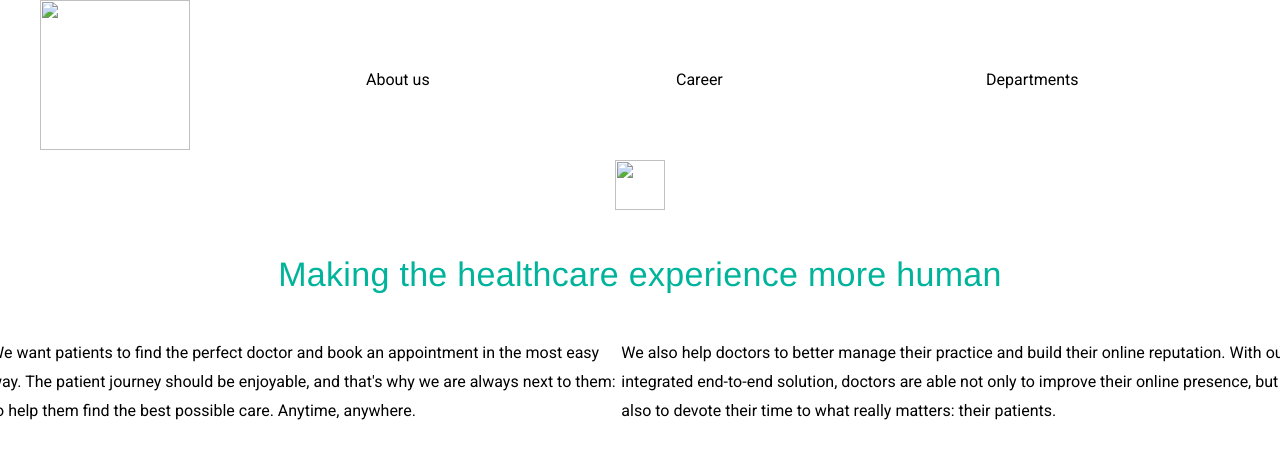
Repository: Hassanine-jaouadi/docplanner
Page: doc-panner.html
The author's editor kept a copy of each file at every save. The page is drawn from the files as they stood at one save, then again after the next save.
The browser window is 1280 px wide. The pictures show the whole page.
Some web libraries are served in a nearby version.

Above is the page before, as saved 2020-01-17 10:07:50.

### doc-panner.html
<!DOCTYPE html>
<html lang="en">
<!--  the head -->

<head>
    <title> Docplanner Group </title>
    <meta charset="UTF-8">
    <meta name="viewport" content="width=device-width, initial-scale=1.0">
    <link rel="stylesheet" href="style.css">
    <link rel="icon" href="file:///Users/hjaouadi/Documents/Wistia/Doc-planner/it.docplanner-w130.png" type="image/gif"
        sizes="16x16">

    <script src="https://kit.fontawesome.com/7e294a499a.js" crossorigin="anonymous"></script>
    <link href="https://fonts.googleapis.com/css?family=Roboto&display=swap" rel="stylesheet">

</head>

<!--  the body -->

<body>
    <nav class=" flex-container">
        <ul class="flex-container">
            <li> <img src="file:///Users/hjaouadi/Documents/Wistia/Doc-planner/logo-default-group-en.svg"
                    class="docplanner-nav-logo" width="150" height="150" /></li>
            <li> <a href="https://www.docplanner.com/about-us" class="flex-item"> About us</a> </li>
            <li> <a href="https://www.docplanner.com/career" class="flex-item">Career</a> </li>
            <li> <a href="https://www.docplanner.com/departments" class="flex-item">Departments</a> </li>
        </ul>
    </nav>

    <div class="logo-under-nav"><img src="file:///Users/hjaouadi/Documents/Wistia/Doc-planner/it.docplanner-w130.png"
            width="50" height="50" />
    </div>

    <h1 class="main-h1"> Making the healthcare experience more human </h1>

    <!--  first two paragraphs -->
    <div class="first-two-paragraphs">
        <p class="paragraph-1">
            We want patients to find the perfect doctor and book an appointment in the most easy way. The patient
            journey should be enjoyable, and that's why we are always next to them: to help them find the best possible
            care. Anytime, anywhere.
        </p>

        <p class="paragraph-1">
            We also help doctors to better manage their practice and build their online reputation. With our integrated
            end-to-end solution, doctors are able not only to improve their online presence, but also to devote their
            time to what really matters: their patients.
        </p>

    </div>
</body>

</html>

### style.css
html,body
{
    width: 100%;
    height: 100%;
    margin: 0px;
    padding: 0px;
    overflow-x: hidden;
}

* {
    box-sizing: border-box;
    margin: 0;
    font-family: 'Roboto', sans-serif;
    background-color: ffff;
    line-height: 1.8 ;

}

/* nav bar flex container */
.flex-container{
    display: flex;
    justify-content: space-between;
    align-items: center;
    justify-content: end;
    justify-content: right;
    width: 100%;
}

.flex-item {
    flex: 1;
    justify-content: flex-end;
   justify-items: flex-end;
}


.flex-container  a {
    color: black;
    padding: 12px 16px;
    text-decoration: none ;
    display: block;

  }

  li {
      list-style: none;
      flex: 3;
 }

  .flex-container > :nth-child(1) {
    display: ri;
  }

 /* image under nav */

 .logo-under-nav {
     display: flex;
     justify-content: center;
 }

 div.logo-under-nav{
     width:100%;
 }

 /* the main h1 */
 h1  {
    display: flex;
    align-items: center;
    justify-content: center;
    margin: 1em 0;
    font-family: Helvetica Neue,Helvetica,Arial,sans-serif;
    font-weight: 300;
    letter-spacing: .3px;
    font-size: 2.125rem;
    color: #00b39b;
 }

 /* first two paragraphs  */
.first-two-paragraphs{
    display: flex;
    margin-top: 0px;
    margin-right: -10px;
    margin-bottom: 0px;
    margin-left: -10px;
}

After the next save:
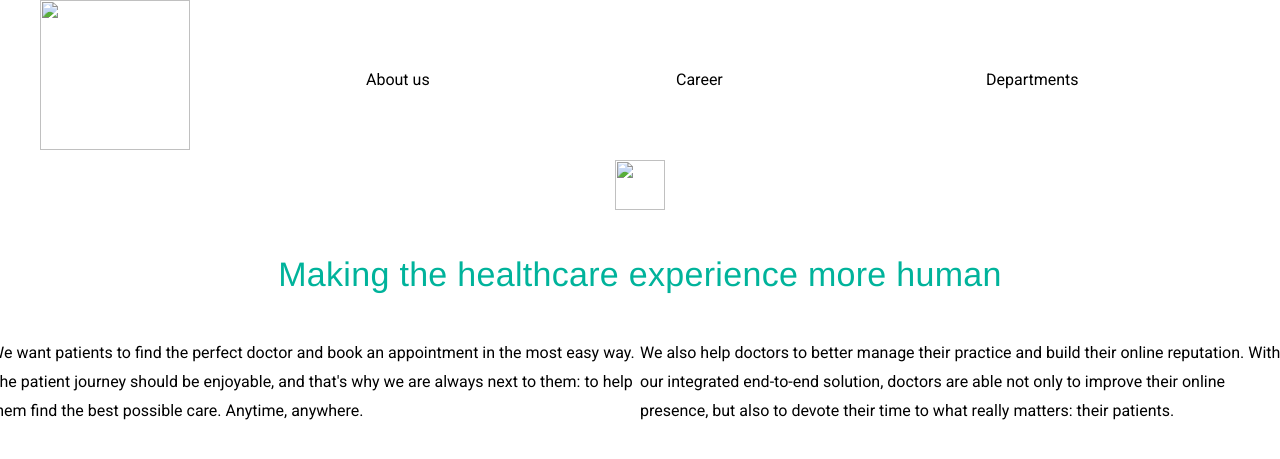
Saved 37 s later.
--- a/style.css
+++ b/style.css
@@ -82,3 +82,10 @@ html,body
     margin-bottom: 0px;
     margin-left: -10px;
 }
+
+.paragraph-1{
+    width: 50%;
+}
+.paragraph-2{
+    width: 50%;
+}
